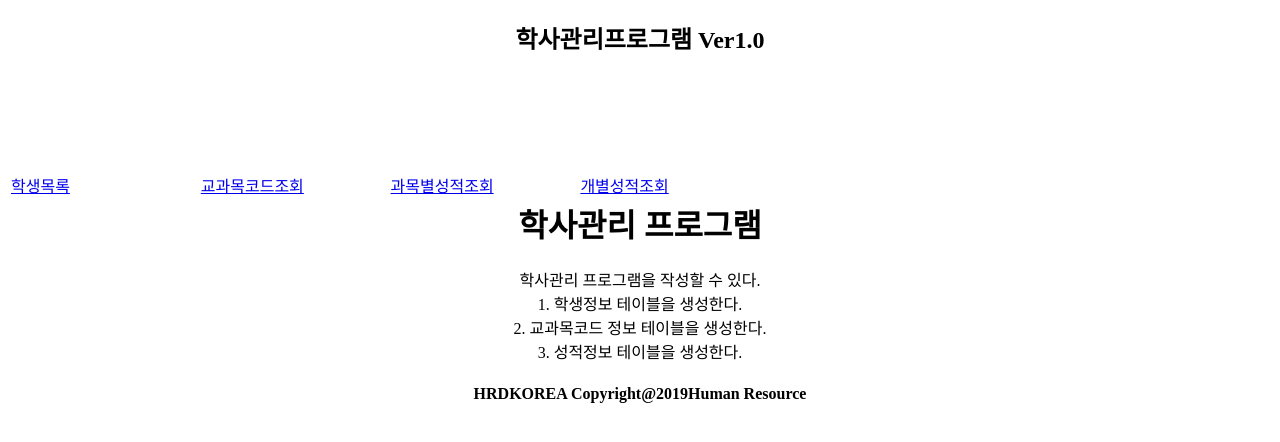
Repository: DDoeDDoe32/sw5
Page: http://localhost/test10/
An editor plug-in stored every save of this project. The page is shown before and after the next save, followed by the edit.
The browser window is 1280 px wide. The pictures show the whole page.
The page is served by Tomcat 9.

Above is the page before, as saved 2019-05-18 04:52:48.

After the next save:
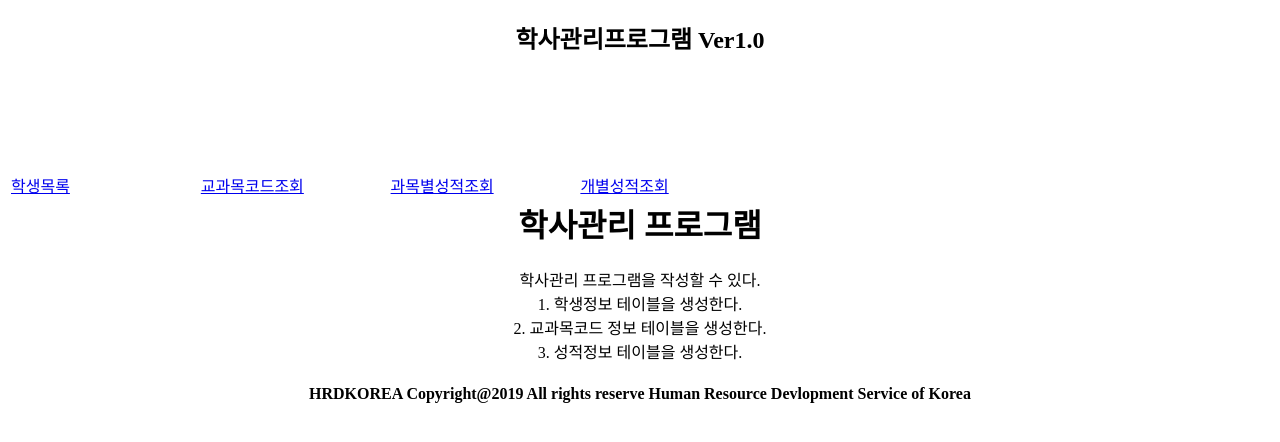
Saved 45 s later.
--- a/실습파일/test10/WebContent/main_footer.jsp
+++ b/실습파일/test10/WebContent/main_footer.jsp
@@ -2,5 +2,5 @@
     pageEncoding="UTF-8"%>
 <!DOCTYPE html>
 <div style='text-align:center'>
-<h4><B>HRDKOREA Copyright@2019Human Resource
+<h4><B>HRDKOREA Copyright@2019 All rights reserve Human Resource Devlopment Service of Korea
 </div>
